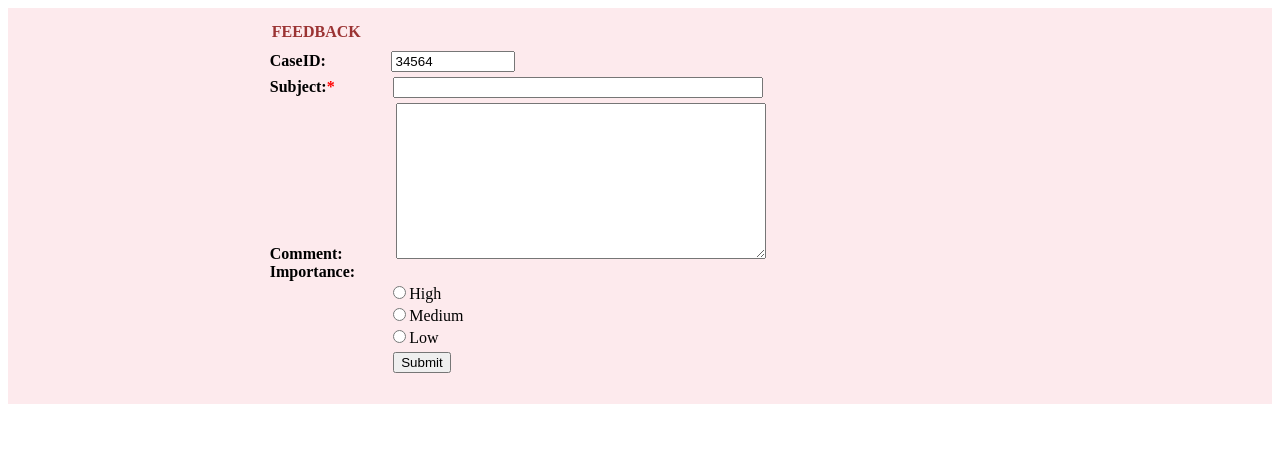
Repository: vRia4/INST728J-Victoria-Nathaniel
Page: Assignments/feedback.html
An editor plug-in stored every save of this project. The page is shown before and after a run of saves, followed by the edit.
The browser window is 1280 px wide. The pictures show the whole page.

Above is the page before, as saved 2023-07-25 11:41:31.

After the next 4 saves:
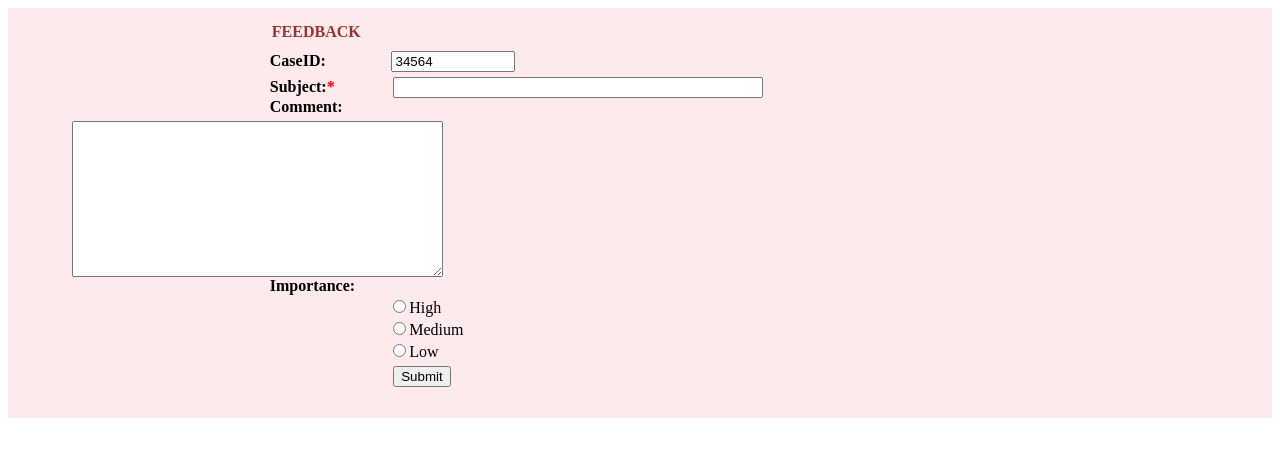
The 4 saves are shown as one change because they came seconds apart.
The last was saved 10 s later.
--- a/Assignments/feedback.html
+++ b/Assignments/feedback.html
@@ -61,7 +61,7 @@
             <input type="class" placeholder=" "> </br>
 
             <!-- <div> -->
-                <label for="comment"> Comment: </label>
+                <label for="comment"> Comment: </label> <br>
                 <textarea id="comment" name="comment" rows="10" cols="30"></textarea> </br>
             <!-- </div> -->
 
